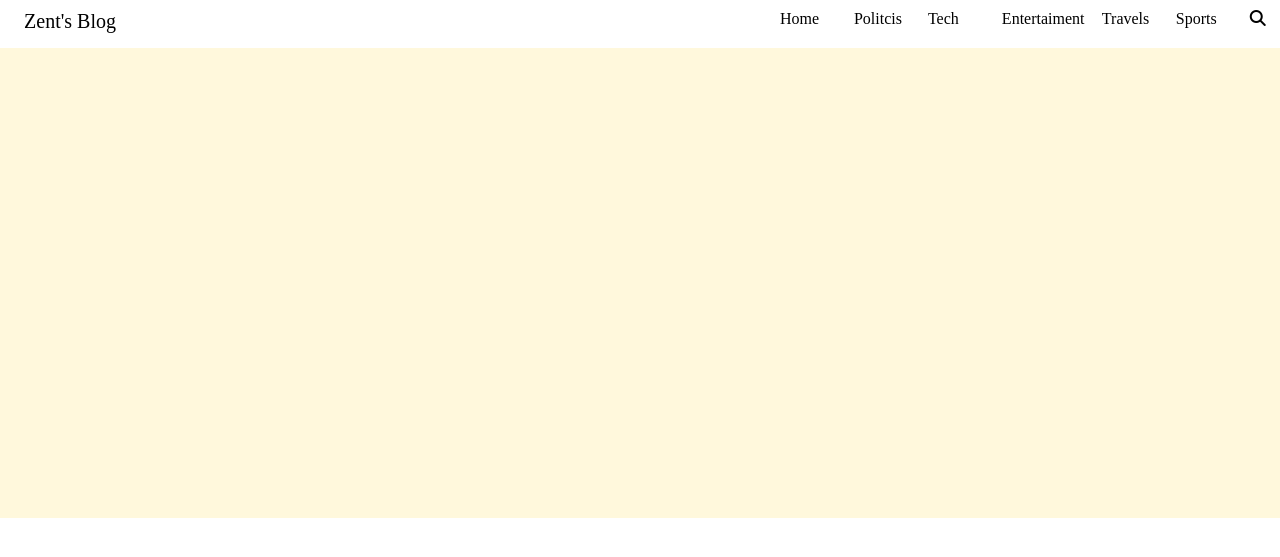
Repository: giacatdat2k5/html3
Page: html3.vs/7.1.html
An editor plug-in stored every save of this project. The page is shown before and after the next save, followed by the edit.
The browser window is 1280 px wide. The pictures show the whole page.

Above is the page before, as saved 2023-09-27 12:58:09.

After the next save:
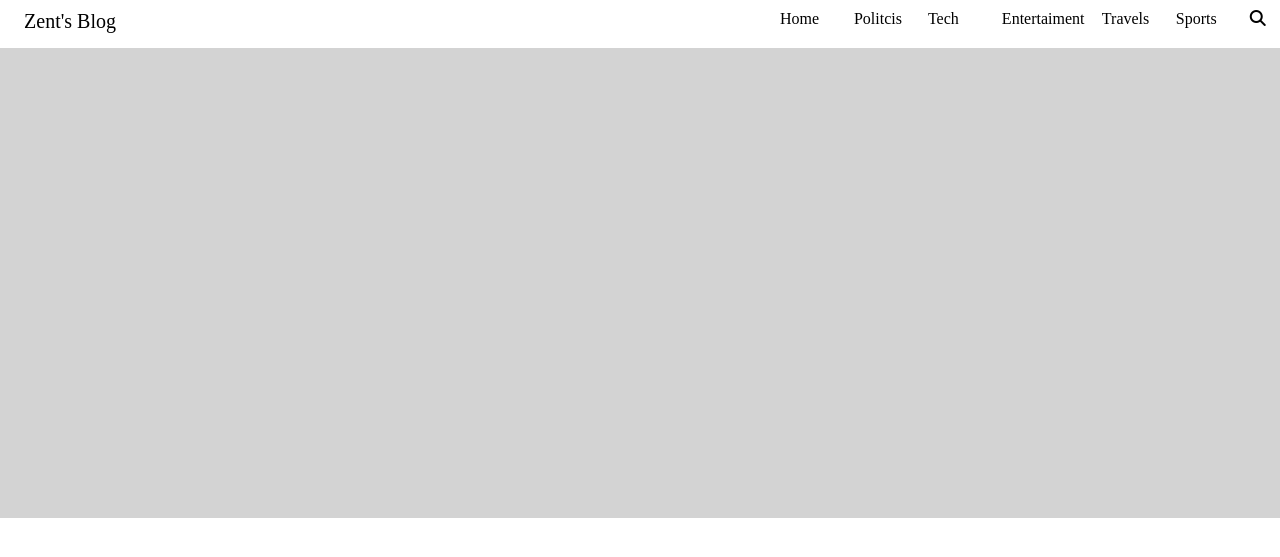
Saved 43 s later.
--- a/html3.vs/7.1.css
+++ b/html3.vs/7.1.css
@@ -30,6 +30,6 @@
 #content{
     width: 100%;
     height: 470px;
-    background-color: cornsilk;
+    background-color:lightgrey;
 }
 }
